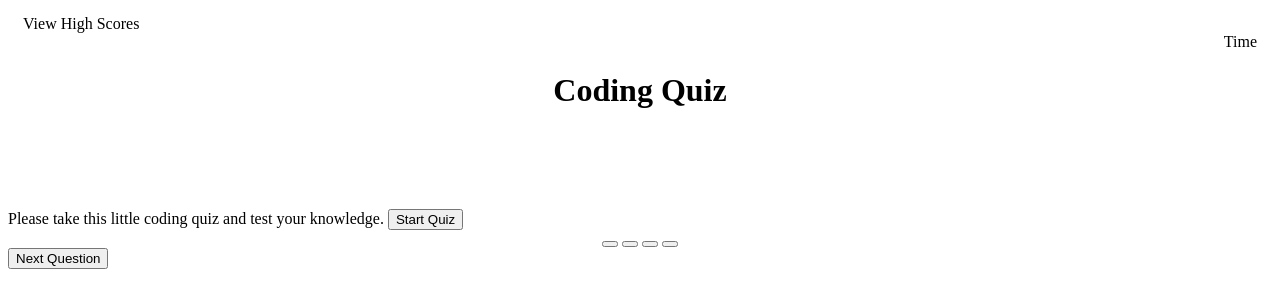
Repository: Naomilounsbury/code-quiz
Page: index.html
These files come from the project's save history. The page is drawn as it stood at one moment and after the next save; the edit follows.
The browser window is 1280 px wide. The pictures show the whole page.

Above is the page before, as saved 2021-11-27 13:46:35.

After the next save:
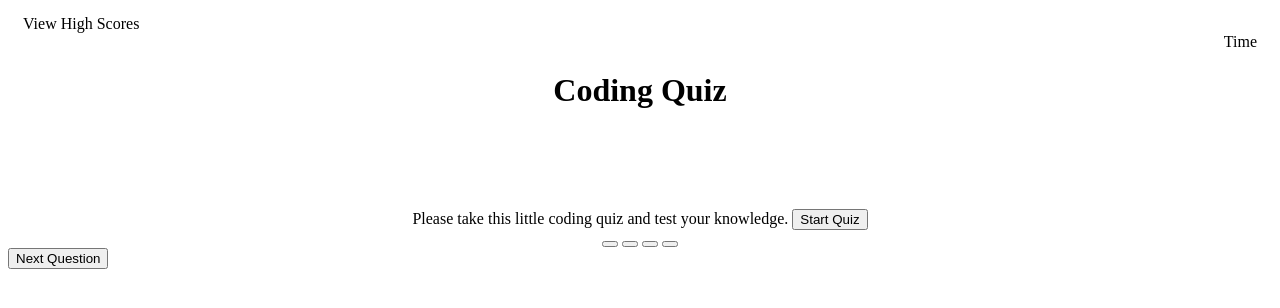
Saved 21 s later.
--- a/assets/css/styles.css
+++ b/assets/css/styles.css
@@ -15,6 +15,9 @@ h1{
     text-align: center;
 
 }
+.intro{
+    text-align: center;
+}
 .question{
     text-align: center;
 }
